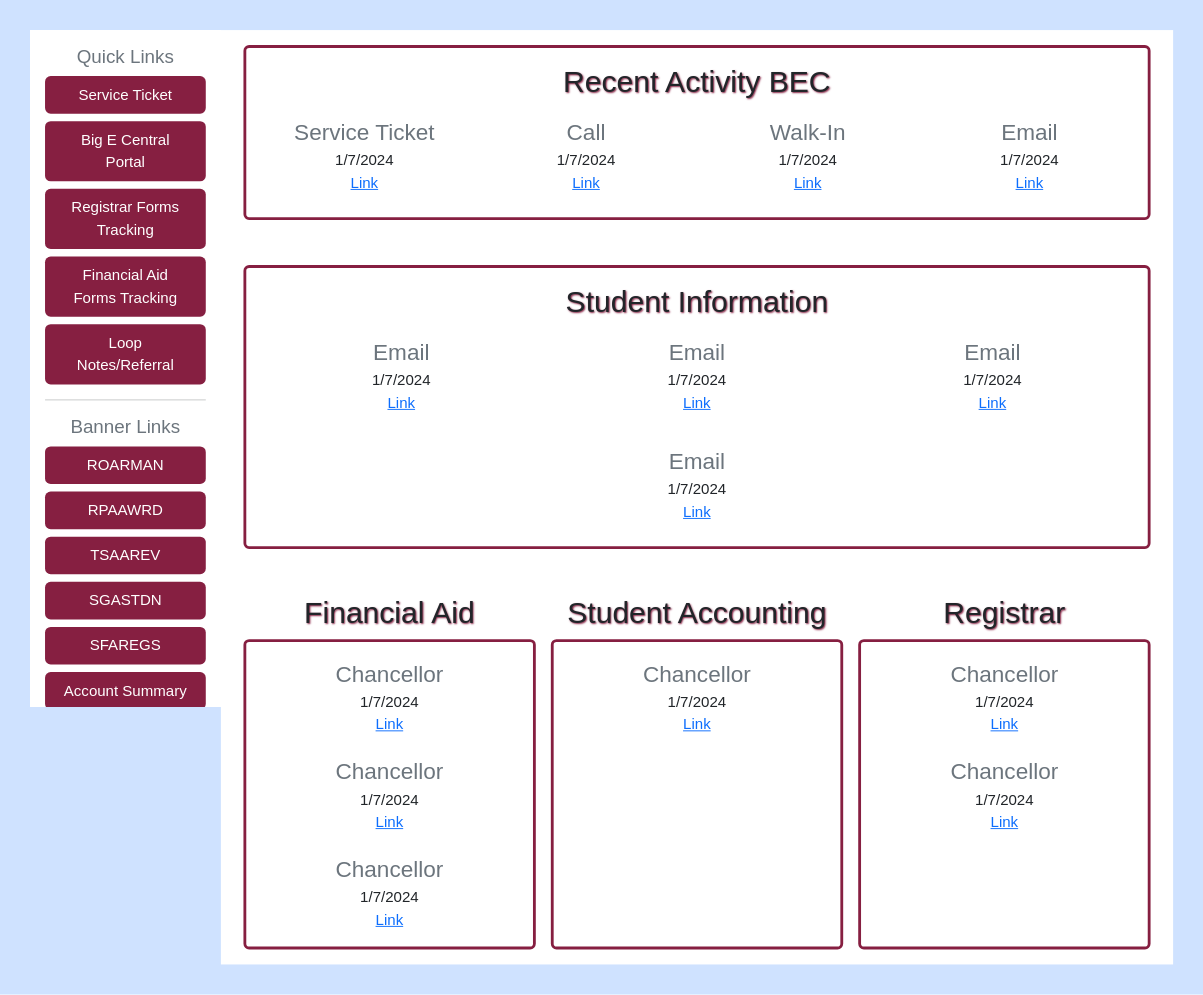
Repository: chancellor-w-whitaker/bec-tab
Page: /
The author's editor kept a copy of each file at every save. The page is drawn from the files as they stood at one save, then again after the next save.
The browser window is 1280 px wide. The pictures show the whole page, at 94% of full size.
Some web fonts or font styles are not loaded; a fallback is used. The project was rebuilt for these pictures with package versions that can differ from the ones it lists, and the page was loaded fresh each time. Also part of the build but not shown: vite.config.js.

Above is the page before, as saved 2024-01-07 21:56:21.

After the next save:
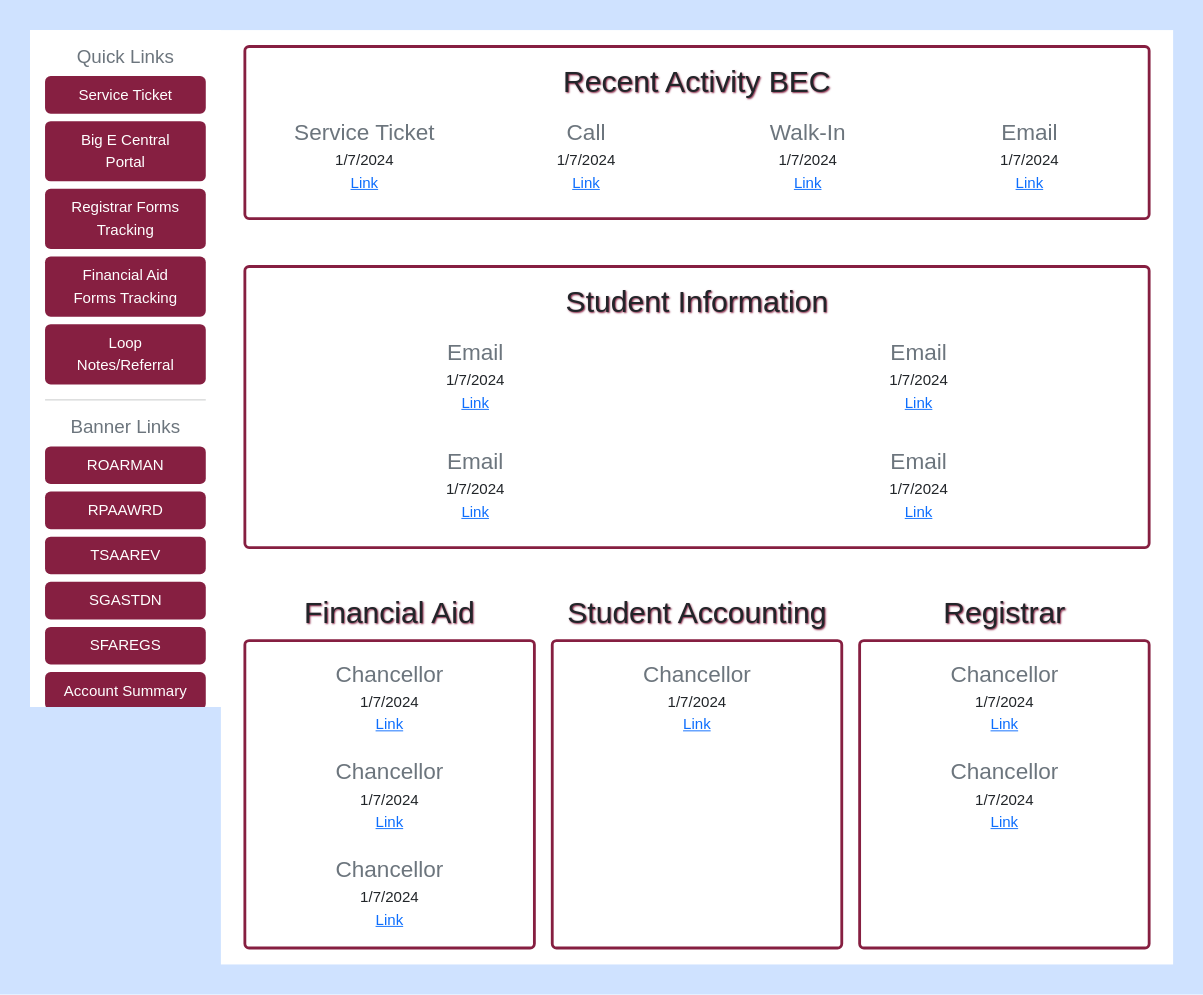
Saved 107 s later.
--- a/src/App.jsx
+++ b/src/App.jsx
@@ -152,25 +152,25 @@
             <ShadowyTitle>Student Information</ShadowyTitle>
             <div className="d-flex gap-3 flex-wrap text-nowrap justify-content-around">
               <SomeBlock
-                style={{ minWidth: 250 }}
-                date={"1/7/2024"}
-                className="col"
-                title={"Email"}
-              ></SomeBlock>
-              <SomeBlock
-                style={{ minWidth: 250 }}
-                date={"1/7/2024"}
-                className="col"
-                title={"Email"}
-              ></SomeBlock>
-              <SomeBlock
-                style={{ minWidth: 250 }}
-                date={"1/7/2024"}
-                className="col"
-                title={"Email"}
-              ></SomeBlock>
-              <SomeBlock
-                style={{ minWidth: 250 }}
+                style={{ minWidth: 300 }}
+                date={"1/7/2024"}
+                className="col"
+                title={"Email"}
+              ></SomeBlock>
+              <SomeBlock
+                style={{ minWidth: 300 }}
+                date={"1/7/2024"}
+                className="col"
+                title={"Email"}
+              ></SomeBlock>
+              <SomeBlock
+                style={{ minWidth: 300 }}
+                date={"1/7/2024"}
+                className="col"
+                title={"Email"}
+              ></SomeBlock>
+              <SomeBlock
+                style={{ minWidth: 300 }}
                 date={"1/7/2024"}
                 className="col"
                 title={"Email"}

After the save that followed:
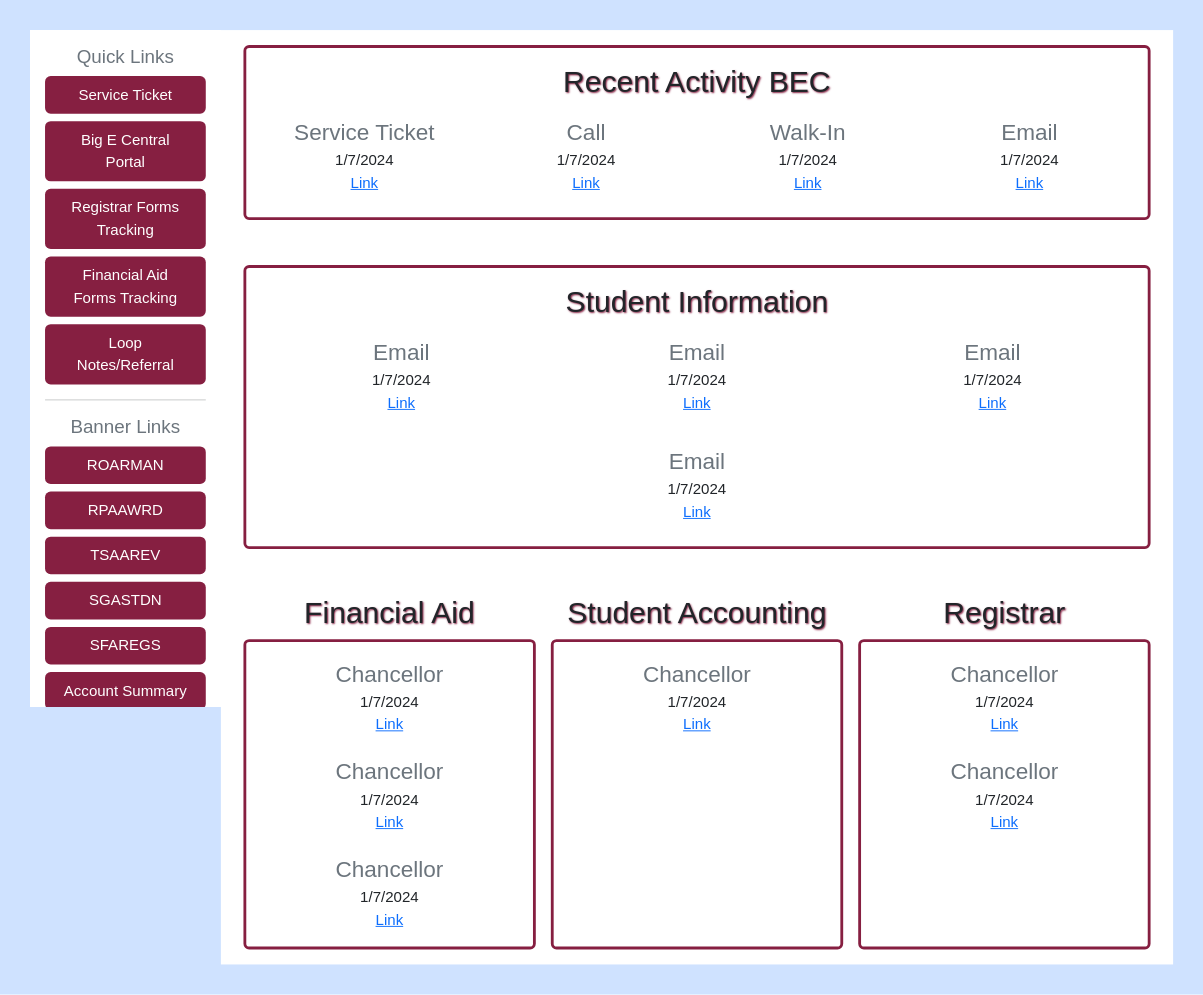
Saved 48 s later.
--- a/src/App.jsx
+++ b/src/App.jsx
@@ -152,25 +152,25 @@
             <ShadowyTitle>Student Information</ShadowyTitle>
             <div className="d-flex gap-3 flex-wrap text-nowrap justify-content-around">
               <SomeBlock
-                style={{ minWidth: 300 }}
-                date={"1/7/2024"}
-                className="col"
-                title={"Email"}
-              ></SomeBlock>
-              <SomeBlock
-                style={{ minWidth: 300 }}
-                date={"1/7/2024"}
-                className="col"
-                title={"Email"}
-              ></SomeBlock>
-              <SomeBlock
-                style={{ minWidth: 300 }}
-                date={"1/7/2024"}
-                className="col"
-                title={"Email"}
-              ></SomeBlock>
-              <SomeBlock
-                style={{ minWidth: 300 }}
+                style={{ minWidth: 275 }}
+                date={"1/7/2024"}
+                className="col"
+                title={"Email"}
+              ></SomeBlock>
+              <SomeBlock
+                style={{ minWidth: 275 }}
+                date={"1/7/2024"}
+                className="col"
+                title={"Email"}
+              ></SomeBlock>
+              <SomeBlock
+                style={{ minWidth: 275 }}
+                date={"1/7/2024"}
+                className="col"
+                title={"Email"}
+              ></SomeBlock>
+              <SomeBlock
+                style={{ minWidth: 275 }}
                 date={"1/7/2024"}
                 className="col"
                 title={"Email"}
